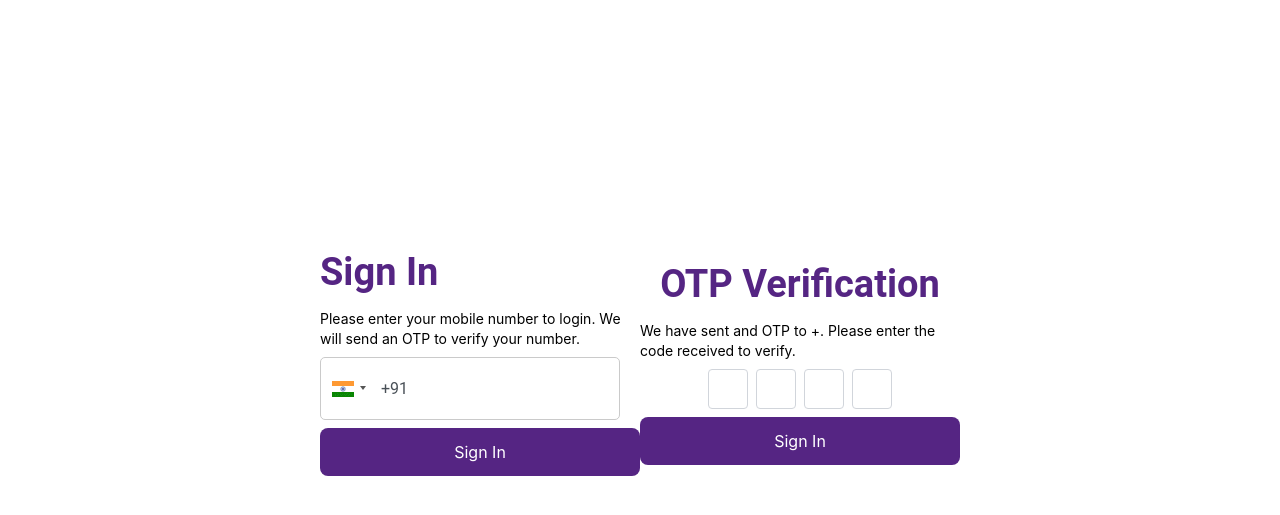
Repository: jayaprakash27/helloar-task
Page: /
The author's editor kept a copy of each file at every save. The page is drawn from the files as they stood at one save, then again after the next save.
The browser window is 1280 px wide. The pictures show the whole page.
The project was rebuilt for these pictures with package versions that can differ from the ones it lists, and the page was loaded fresh each time.

Above is the page before, as saved 2023-10-27 00:03:01.

### src/App.js
import { Login } from "./components";

function App() {
  return (
    <>
    <Login />
    </>
  );
}

export default App;

### src/components/Login.jsx
import React, { useState } from "react";
import "./login.css";
import PhoneInput from "react-phone-input-2";
import "react-phone-input-2/lib/bootstrap.css";

function Login() {
  const [phoneNumber, setPhoneNumber] = useState("");

  const handleLogin = () => {
    const apiEndpoint = "https://dev.api.goongoonalo.com/v1/auth/login";
    const requestBody = {
      phoneNumber: "+" + phoneNumber,
    };

    fetch(apiEndpoint, {
      method: "POST",
      headers: {
        "Content-Type": "application/json",
      },
      body: JSON.stringify(requestBody),
    })
      .then((response) => {
        if (response.ok) {
          return response.json();
        } else {
          // Handle API errors here
          throw new Error("Failed to send OTP");
        }
      })
      .then((data) => {
        // Handle the API response data
        console.log("OTP sent successfully:", data);

        // You can add code here to navigate to the OTP verification page or perform the next step as needed.
      })
      .catch((error) => {
        // Handle any error that occurred during the API request
        console.error("Error sending OTP:", error);
      });
  };

  const [otp, setOtp] = useState(["", "", "", ""]);
  const expectedOtp = "1234";

  const handleInputChange = (index, value) => {
    if (!isNaN(value) && value.length <= 1) {
      const updatedOtp = [...otp];
      updatedOtp[index] = value;
      setOtp(updatedOtp);
    }
  };

  const verifyOtp = () => {
    const enteredOtp = otp.join("");
    if (enteredOtp === expectedOtp) {
      alert("OTP is correct. You are verified.");
    } else {
      alert("OTP is incorrect. Please try again.");
    }
  };

  return (
    <div className="login-page">
      <div className=" login-box flex flex-col w-80 gap-2 justify-center">
        <h1 className=" text-primary-color font-semibold"> Sign In</h1>
        <p className=" text-sm">
          Please enter your mobile number to login. We will send an OTP to
          verify your number.
        </p>
        <PhoneInput
          country={"in"}
          enableSearch={true}
          value={phoneNumber}
          containerClass=" w-full"
          onChange={(phoneNumber) => setPhoneNumber(phoneNumber)}
        />
        <button
          onClick={handleLogin}
          className=" w-full rounded-lg p-3 hover:bg-purple-600  bg-primary-color text-white"
        >
          {" "}
          Sign In{" "}
        </button>
      </div>
      <div className=" login-box flex flex-col w-80 gap-2 items-center justify-center">
        <h1 className=" text-primary-color text-left font-semibold">OTP Verification</h1>
        <p className=" text-sm">
          We have sent and OTP to +{phoneNumber}. Please enter the code received
          to verify.
        </p>
        <div className="otp-input flex space-x-2">
          {otp.map((digit, index) => (
            <input
              key={index}
              type="text"
              value={digit}
              onChange={(e) => handleInputChange(index, e.target.value)}
              maxLength="1"
              className="w-10 h-10 border border-gray-300 rounded text-xl text-center"
            />
          ))}
        </div>
        <button
          onClick={handleLogin}
          className=" w-full rounded-lg p-3 hover:bg-purple-600  bg-primary-color text-white"
        >
          {" "}
          Sign In{" "}
        </button>
      </div>
    </div>
  );
}

export default Login;

### src/components/login.css
.login-page{
    background-color: white;
    width: 100vw;
    height: 100vh;
    display: flex;
    justify-content: center;
    align-items: center;
}
.login-box h1 {
  font-family: Roboto;
  font-size: 38px;
}

### tailwind.config.js
/** @type {import('tailwindcss').Config} */
module.exports = {
  content: [
    "./src/**/*.{js,jsx,ts,tsx}",
  ],
  theme: {
    extend: {
      colors: {
        "primary-color": "#552583",
      }
    },
  },
  plugins: [],
}

Loaded but not shown: public/index.html (common file); src/index.js (common file); src/index.css (common file); src/components/index.js (common file)

After the next save:
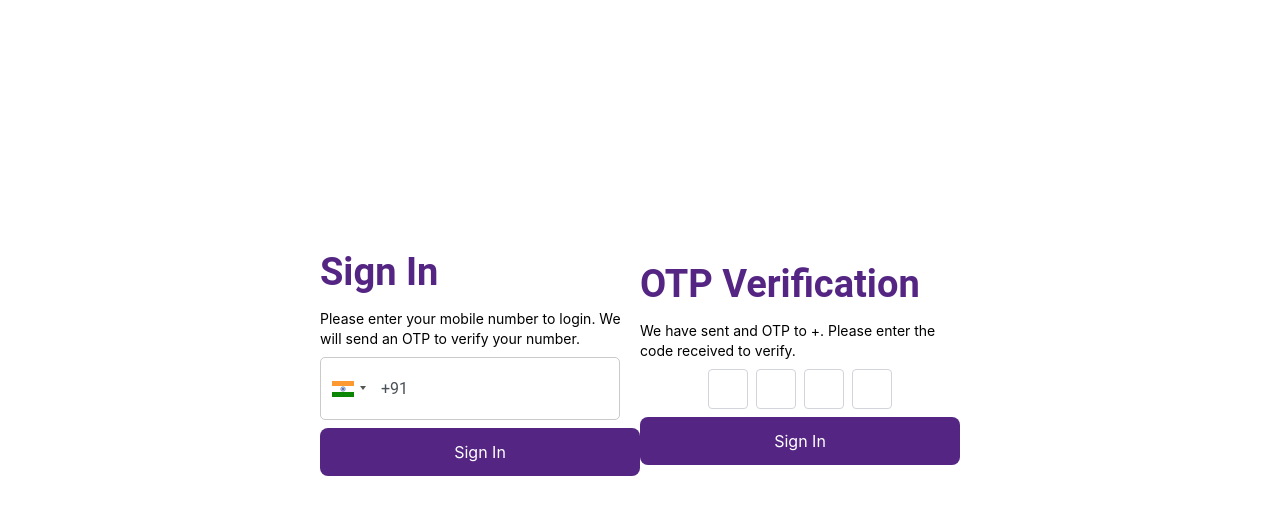
Saved 10 s later.
--- a/src/components/Login.jsx
+++ b/src/components/Login.jsx
@@ -83,7 +83,7 @@ function Login() {
         </button>
       </div>
       <div className=" login-box flex flex-col w-80 gap-2 items-center justify-center">
-        <h1 className=" text-primary-color text-left font-semibold">OTP Verification</h1>
+        <h1 className=" text-primary-color text-left w-full font-semibold">OTP Verification</h1>
         <p className=" text-sm">
           We have sent and OTP to +{phoneNumber}. Please enter the code received
           to verify.
